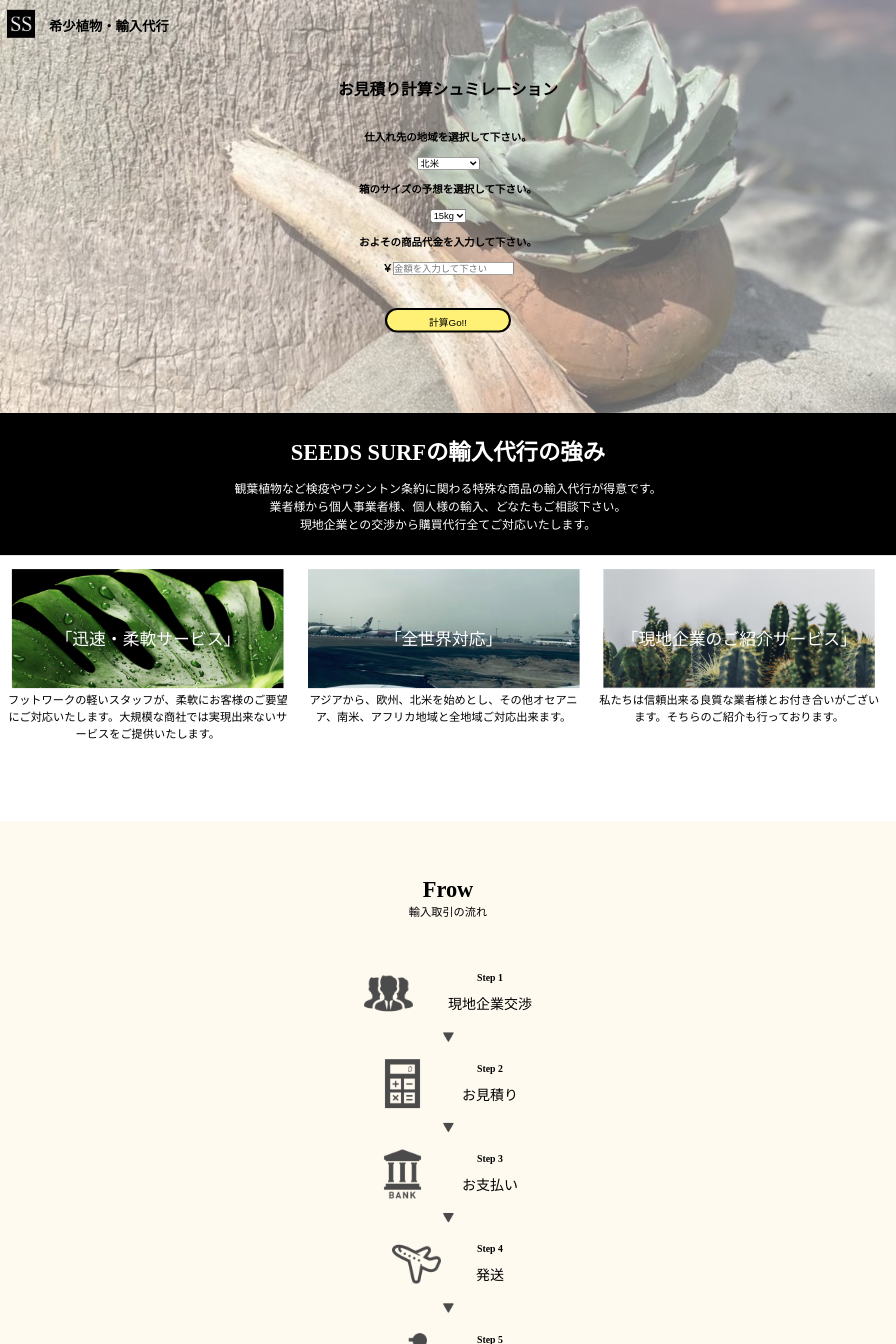
Repository: Seiya00002/seeds-surf-lp
Page: index.html
These files come from the project's save history. The page is drawn as it stood at one moment and after the next save; the edit follows.
The browser window is 1280 px wide. The pictures show the part of the page from y = 0 to 1920 px (the page is 4146 px tall before and 10056 px after), at 70% of full size.

Above is the page before, as saved 2023-07-18 07:04:30.

After the next save:
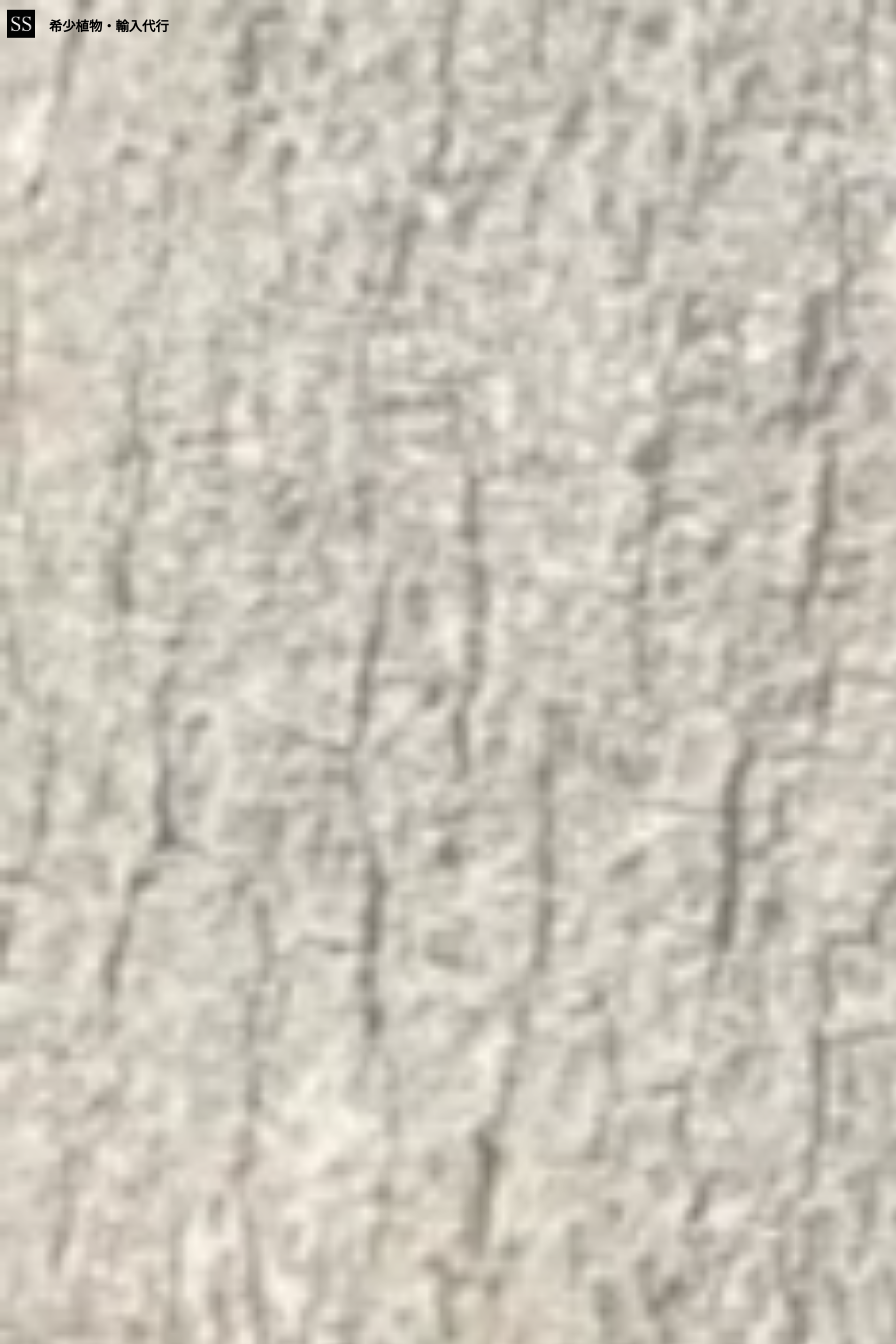
Saved 33 s later.
--- a/css/style.css
+++ b/css/style.css
@@ -72,7 +72,7 @@ header p {
 .hero_message {
     font-size: 15px;
     color: black;
-    height: 590px;
+    height: 6500px;
     min-width:100%;
     font-weight: bold;
     display: flex;
